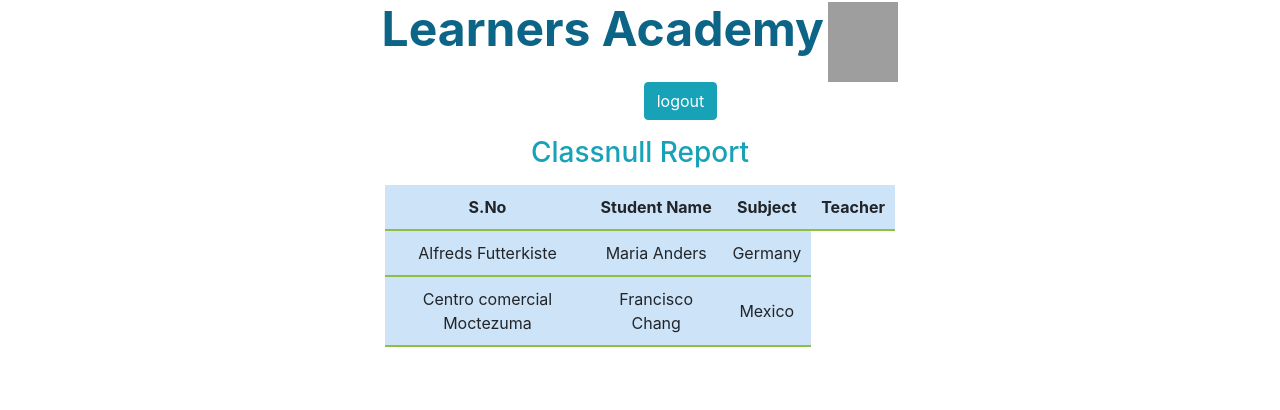
Repository: sindurup/Phase2Project
Page: http://localhost/LearnersAcademyPro/classReport.jsp
These files come from the project's save history. The page is drawn as it stood at one moment and after the next save; the edit follows.
The browser window is 1280 px wide. The pictures show the whole page.
Pictures or frames that could not be fetched are drawn as grey boxes. Some web libraries are served in a nearby version. The page is served by Tomcat 9. Other server files are loaded and not shown.

Above is the page before, as saved 2021-09-29 04:24:01.
Console error: TypeError: Cannot read properties of undefined (reading 'fn')

### LearnersAcademyPro/src/main/webapp/classReport.jsp
<%@ page language="java" contentType="text/html; charset=ISO-8859-1"
    pageEncoding="ISO-8859-1"%>
<!DOCTYPE html>


<html>
<link href="//maxcdn.bootstrapcdn.com/bootstrap/4.1.1/css/bootstrap.min.css" rel="stylesheet" id="bootstrap-css">
<script src="//maxcdn.bootstrapcdn.com/bootstrap/4.1.1/js/bootstrap.min.js"></script>
<script src="//cdnjs.cloudflare.com/ajax/libs/jquery/3.2.1/jquery.min.js"></script>

<head>
<meta charset="ISO-8859-1">
<title>Learners Academy</title>
<style>
      table {
        border-collapse: collapse;
      }
      td,
      th {
        padding: 10px;
        border-bottom: 2px solid #8ebf42;
        text-align: center;
        background-color: #cde3f7;
      }
    </style>
</head>
<body>

<div align="center"><label ><h1 class="text-center text-info"><font color="0C6486" size="50px"><b>Learners Academy</b></font></h1></label>
 <img src="D:\Phase2Project\LearnersAcademyPro\1.png" style="width:70px;height:80px;" align="middle"></div>
   <div class="form-group" align="center" >
   <form id="logout" class="form" action="logout" method="post">

    &nbsp;&nbsp;&nbsp;&nbsp;&nbsp;&nbsp;&nbsp;&nbsp;&nbsp;&nbsp;&nbsp;&nbsp;&nbsp;&nbsp;&nbsp;&nbsp;&nbsp; <input type="submit" name="submit" class="btn btn-info btn-md" value="logout">
    </form>
                            </div>
    <div id="login">
      <h3 class="text-center text-info">Class<%=request.getParameter("cls") %> Report</h3>

        <div class="container">

            <div id="login-row" class="row justify-content-center align-items-center">
                <div id="login-column" class="col-md-6">
                    <div id="login-box" class="col-md-12">



                     <form id="clsReport" class="form" action=""  name="clsReport" >
                            <h3 class="text-info"></h3>
                            <div class="form-group">


                             <table>
  <tr >
    <th>S.No</th>
    <th>Student Name</th>
    <th>Subject</th>
    <th>Teacher</th>
  </tr>
  <tr>
    <td>Alfreds Futterkiste</td>
    <td>Maria Anders</td>
    <td>Germany</td>
  </tr>
  <tr>
    <td>Centro comercial Moctezuma</td>
    <td>Francisco Chang</td>
    <td>Mexico</td>
  </tr>
</table>

                            </div>

                            <div class="form-group">


                            </div>

                        </form>



                    </div>
                </div>
            </div>
        </div>
    </div>
</body>
</html>

After the next save:
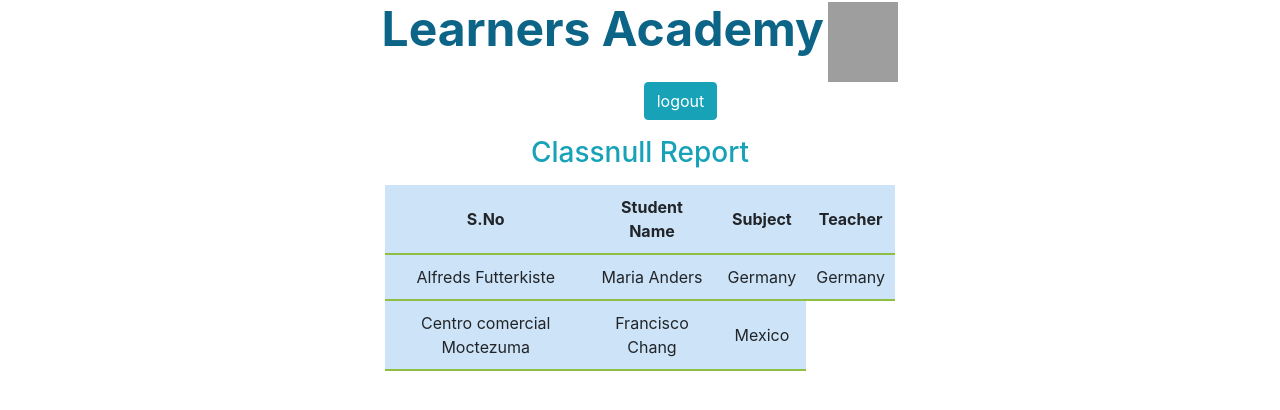
Saved 41 s later.
--- a/LearnersAcademyPro/src/main/webapp/classReport.jsp
+++ b/LearnersAcademyPro/src/main/webapp/classReport.jsp
@@ -61,6 +61,7 @@
     <td>Alfreds Futterkiste</td>
     <td>Maria Anders</td>
     <td>Germany</td>
+     <td>Germany</td>
   </tr>
   <tr>
     <td>Centro comercial Moctezuma</td>
